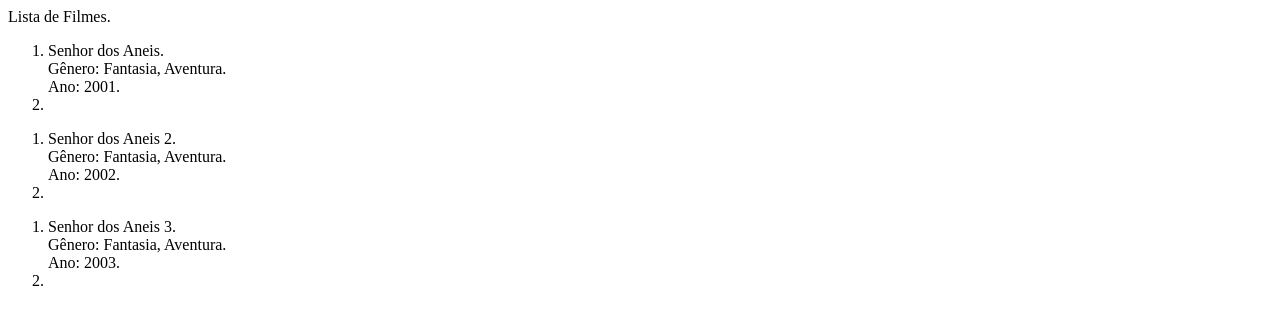
Repository: Felipe-Noguez/java_front_back_dell_lead
Page: CatalogoDeFilmes/WebContent/listadefilmes.html
These files come from the project's save history. The page is drawn as it stood at one moment and after the next save; the edit follows.
The browser window is 1280 px wide. The pictures show the whole page.

Above is the page before, as saved 2022-02-07 00:59:09.

### CatalogoDeFilmes/WebContent/listadefilmes.html
<!DOCTYPE html>
<html>
<head>
<meta charset="ISO-8859-1">
<title>Lista de filmes</title>
</head>
<body>

	Lista de Filmes.

	<ol>
		<li>
			Senhor dos Aneis. <br>
			Gênero: Fantasia, Aventura.<br>
			Ano: 2001.
		<li>

	</ol>
	<ol>
		<li>
			Senhor dos Aneis 2. <br>
			Gênero: Fantasia, Aventura.<br>
			Ano: 2002.
		<li>

	</ol>
	<ol>
		<li>
			Senhor dos Aneis 3. <br>
			Gênero: Fantasia, Aventura.<br>
			Ano: 2003.
		<li>
	</ol>

</body>
</html>

After the next save:
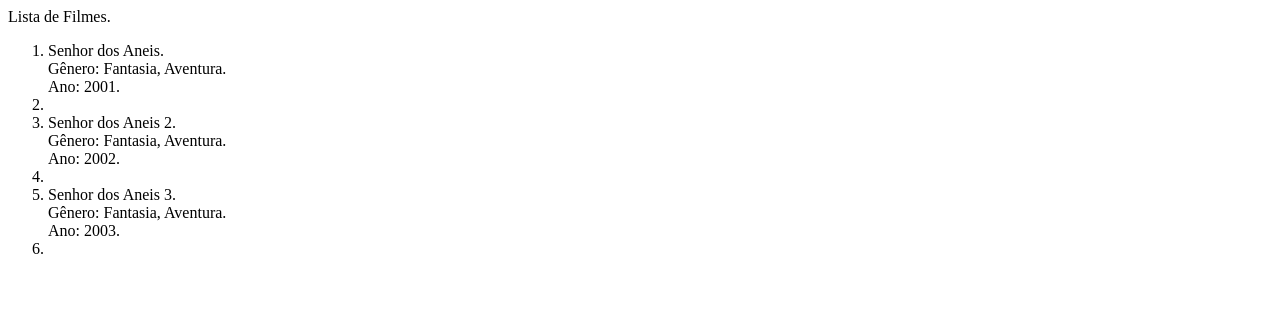
Saved 6 min 0 s later.
--- a/CatalogoDeFilmes/WebContent/listadefilmes.html
+++ b/CatalogoDeFilmes/WebContent/listadefilmes.html
@@ -14,17 +14,11 @@
 			Gênero: Fantasia, Aventura.<br>
 			Ano: 2001.
 		<li>
-
-	</ol>
-	<ol>
 		<li>
 			Senhor dos Aneis 2. <br>
 			Gênero: Fantasia, Aventura.<br>
 			Ano: 2002.
 		<li>
-
-	</ol>
-	<ol>
 		<li>
 			Senhor dos Aneis 3. <br>
 			Gênero: Fantasia, Aventura.<br>
